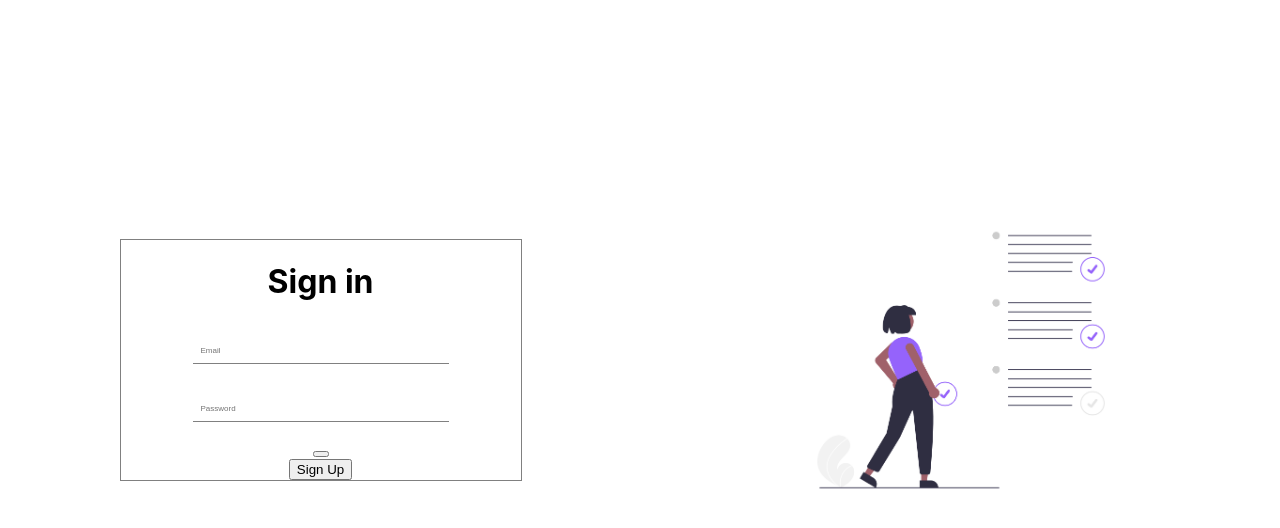
Repository: EEOOOO/wanted-pre-onboarding-fe
Page: / (app in to-do-list-app/)
An editor plug-in stored every save of this project. The page is shown before and after the next save, followed by the edit.
The browser window is 1280 px wide. The pictures show the whole page.
The project was rebuilt for these pictures with package versions that can differ from the ones it lists, and the page was loaded fresh each time. Also part of the build but not shown: to-do-list-app/src/components/sign_in/sign_in.module.css, to-do-list-app/src/components/sign_up/sign_up.module.css, to-do-list-app/src/components/sign_up/sign_up.jsx, to-do-list-app/src/components/todoList/todo_list.jsx.

Above is the page before, as saved 2022-08-22 00:08:25.

After the next save:
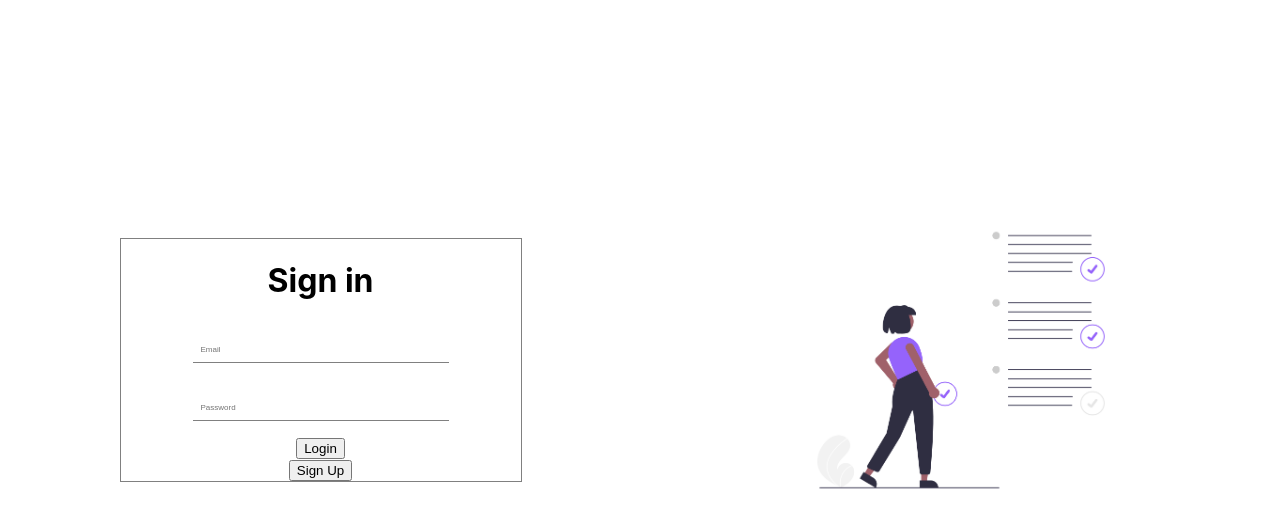
Saved 23 s later.
--- a/to-do-list-app/src/components/sign_in/sign_in.jsx
+++ b/to-do-list-app/src/components/sign_in/sign_in.jsx
@@ -10,7 +10,7 @@ const SignIn = ({goToSignUp}) => {
     return(
         <div className={style.signIn}>
             <h1>Sign in</h1>
-            <LoginInputForm handleSubmit={handleSignInSubmit}/>
+            <LoginInputForm handleSubmit={handleSignInSubmit} submitContent={'Login'}/>
             <button className={style.signUp} onClick={goToSignUp}>Sign Up</button>
         </div>
     )
